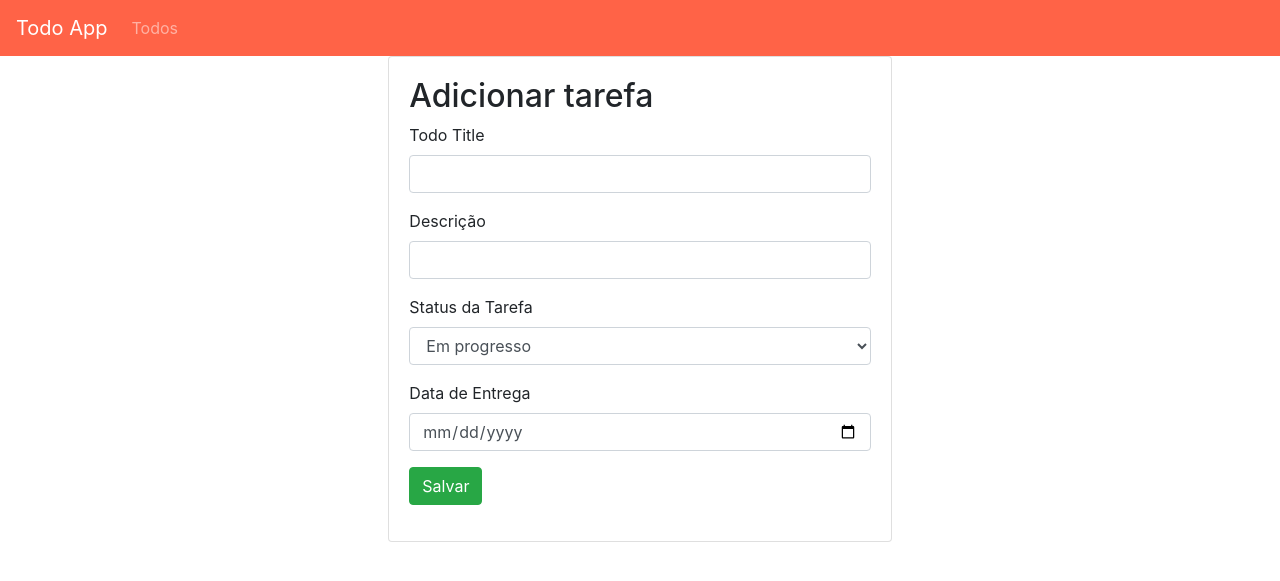
Repository: sophiaks/CRUD
Page: http://localhost/Projeto1/rameshForm.jsp
The author's editor kept a copy of each file at every save. The page is drawn from the files as they stood at one save, then again after the next save.
The browser window is 1280 px wide. The pictures show the whole page.
The page is served by Tomcat 9. Other server files are loaded and not shown. The template is opened directly, without the code that normally fills it, so the values that code supplies are empty.

Above is the page before, as saved 2020-09-21 18:08:01.

### WorkspaceP1/Projeto1/WebContent/rameshForm.jsp
<%@ page language="java" contentType="text/html; charset=UTF-8"
	pageEncoding="UTF-8"%>
<%@ taglib uri="http://java.sun.com/jsp/jstl/core" prefix="c"%>
<html>
<head>
<title>User Management Application</title>

<link rel="stylesheet"
	href="https://stackpath.bootstrapcdn.com/bootstrap/4.3.1/css/bootstrap.min.css"
	integrity="sha384-ggOyR0iXCbMQv3Xipma34MD+dH/1fQ784/j6cY/iJTQUOhcWr7x9JvoRxT2MZw1T"
	crossorigin="anonymous">

</head>

</head>
<body>
	<header>
		<nav class="navbar navbar-expand-md navbar-dark"
			style="background-color: tomato">
			<div>
				<a href="https://www.javaguides.net" class="navbar-brand"> Todo
					App</a>
			</div>

			<ul class="navbar-nav">
				<li><a href="<%=request.getContextPath()%>/lista"
					class="nav-link">Todos</a></li>
			</ul>
		</nav>
	</header>
	<div class="container col-md-5">
		<div class="card">
			<div class="card-body">
				<c:if test="${todo != null}">
					<form action="update" method="post">
				</c:if>
				<c:if test="${tarefa == null}">
					<form action="insert" method="post">
				</c:if>

				<caption>
					<h2>
						<c:if test="${tarefa != null}">
            			Editar Tarefa
            		</c:if>
						<c:if test="${tarefa == null}">
            			Adicionar tarefa
            		</c:if>
					</h2>
				</caption>

				<c:if test="${tarefa != null}">
					<input type="hidden" name="id" value="<c:out value='${tarefa.id}' />" />
				</c:if>

				<fieldset class="form-group">
					<label>Todo Title</label> <input type="text"
						value="<c:out value='${tarefa.tarefa}' />" class="form-control"
						name="title" required="required" minlength="5">
				</fieldset>

				<fieldset class="form-group">
					<label>Descrição</label> <input type="text"
						value="<c:out value='${tarefa.descricao}' />" class="form-control"
						name="description" minlength="5">
				</fieldset>

				<fieldset class="form-group">
					<label>Status da Tarefa</label> <select class="form-control"
						name="isDone">
						<option value="false">Em progresso</option>
						<option value="true">Feito! :)</option>
					</select>
				</fieldset>

				<fieldset class="form-group">
					<label>Data de Entrega</label> <input type="date"
						value="<c:out value='${tarefa.data}' />" class="form-control"
						name="targetDate" required="required">
				</fieldset>

				<button type="submit" class="btn btn-success">Salvar</button>
				</form>
			</div>
		</div>
	</div>
</body>
</html>

After the next save:
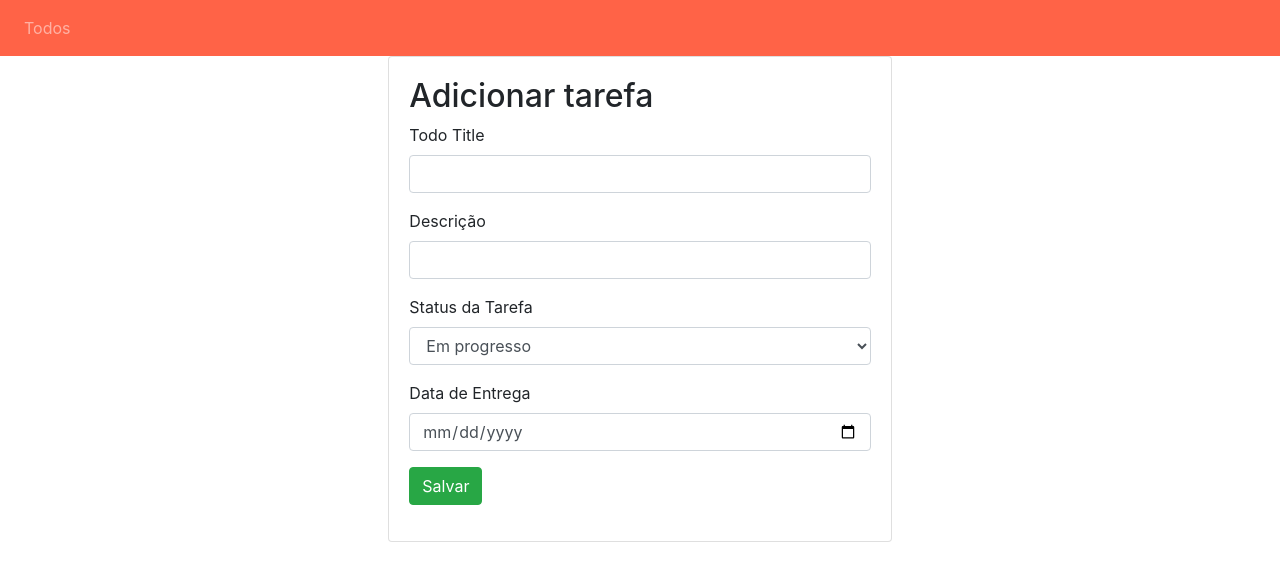
Saved 22 s later.
--- a/WorkspaceP1/Projeto1/WebContent/rameshForm.jsp
+++ b/WorkspaceP1/Projeto1/WebContent/rameshForm.jsp
@@ -17,10 +17,6 @@
 	<header>
 		<nav class="navbar navbar-expand-md navbar-dark"
 			style="background-color: tomato">
-			<div>
-				<a href="https://www.javaguides.net" class="navbar-brand"> Todo
-					App</a>
-			</div>
 
 			<ul class="navbar-nav">
 				<li><a href="<%=request.getContextPath()%>/lista"
